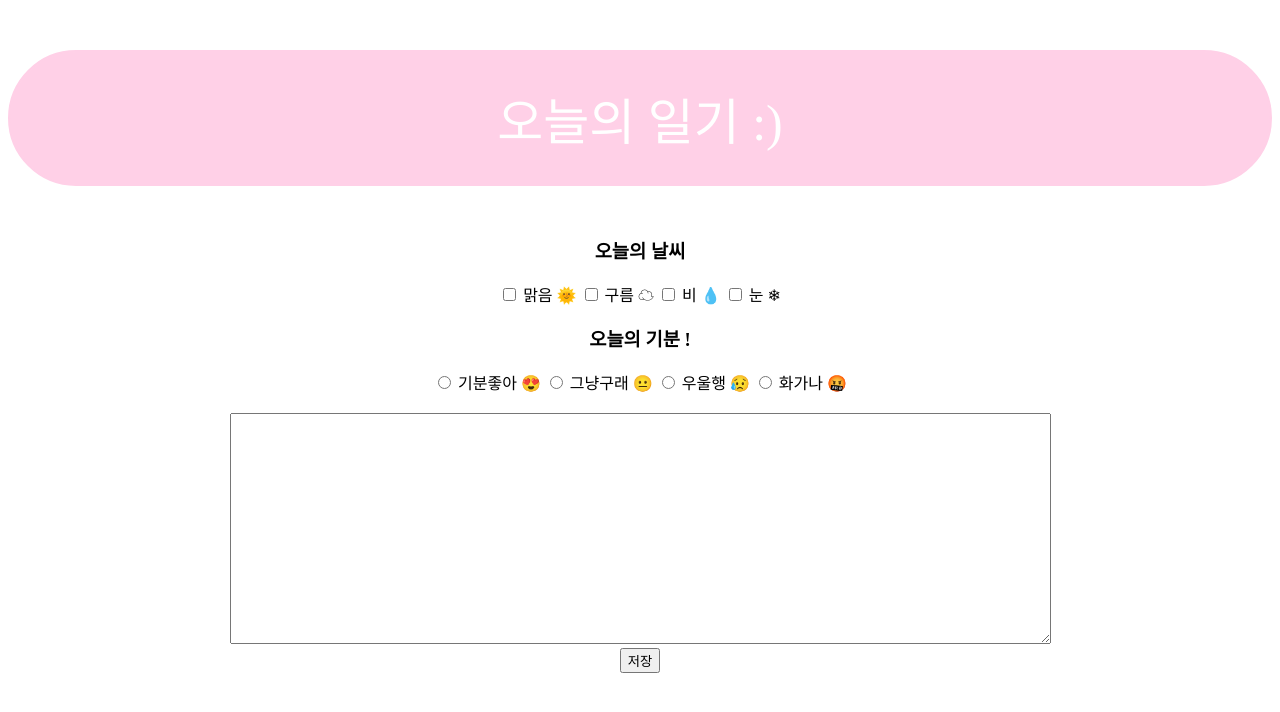
Repository: seoyeon0619/WebProgramming
Page: http://localhost/myhome1/일기쓰기.jsp
The author's editor kept a copy of each file at every save. The page is drawn from the files as they stood at one save, then again after the next save.
The browser window is 1280 px wide. The pictures show the whole page.
Some web fonts or font styles are not loaded; a fallback is used. The page is served by Tomcat 9.

Above is the page before, as saved 2022-12-29 07:41:22.

### workspace1/myhome1/src/main/webapp/일기쓰기.jsp
<%@ page language="java" contentType="text/html; charset=UTF-8"
    pageEncoding="UTF-8"%>
<!DOCTYPE html>
<html>
<head>
<meta charset="UTF-8">
<title>Insert title here</title>
<link rel="preconnect" href="https://fonts.googleapis.com"><link rel="preconnect" href="https://fonts.gstatic.com" crossorigin>
<link href="https://fonts.googleapis.com/css2?family=Gaegu:wght@700&family=Rubik+Bubbles&display=swap" rel="stylesheet">
<style>
p.round3{
	text-align : center;
	font-size : 50px;
	color : #ffffff;
  	border: 2px solid rgb(255, 208, 231);
  	border-radius: 100px;
  	padding : 30px;
  	background-color : rgb(255, 208, 231)
	}

body{
	text-align : center;
}

</style>

</head>
<body>
<style>
        body, h1, h2, h3, h4, h5, h6, p, span {
          font-family: 'Gaegu', cursive;
        }
</style>
<p class="round3">오늘의 일기 :)</p>

<h3>오늘의 날씨</h3>
        <input type="checkbox" name="lan2" id="sel1" value="1">
		<label for="sel1">맑음 🌞</label>
        <input type="checkbox" name="lan2" id="sel2" value="2">
        <label for="sel2">구름 ☁</label>
        <input type="checkbox" name="lan2" id="sel3" value="3">
        <label for="sel3">비 💧</label>
        <input type="checkbox" name="lan2" id="sel4" value="4">
        <label for="sel4">눈 ❄</label>


<h3>오늘의 기분 !</h3>
        <input type="radio" name="lan2" id="sel1" value="1">
		<label for="sel1">기분좋아 😍</label>
        <input type="radio" name="lan2" id="sel2" value="2">
        <label for="sel2">그냥구래 😐</label>
        <input type="radio" name="lan2" id="sel3" value="3">
        <label for="sel3">우울행 😥</label>
        <input type="radio" name="lan2" id="sel4" value="4">
        <label for="sel4">화가나 🤬</label>

<h3></h3>

	<textarea name="" id="" cols="100" rows="15"></textarea><br/>

<button>저장</button>
</body>
</html>

After the next save:
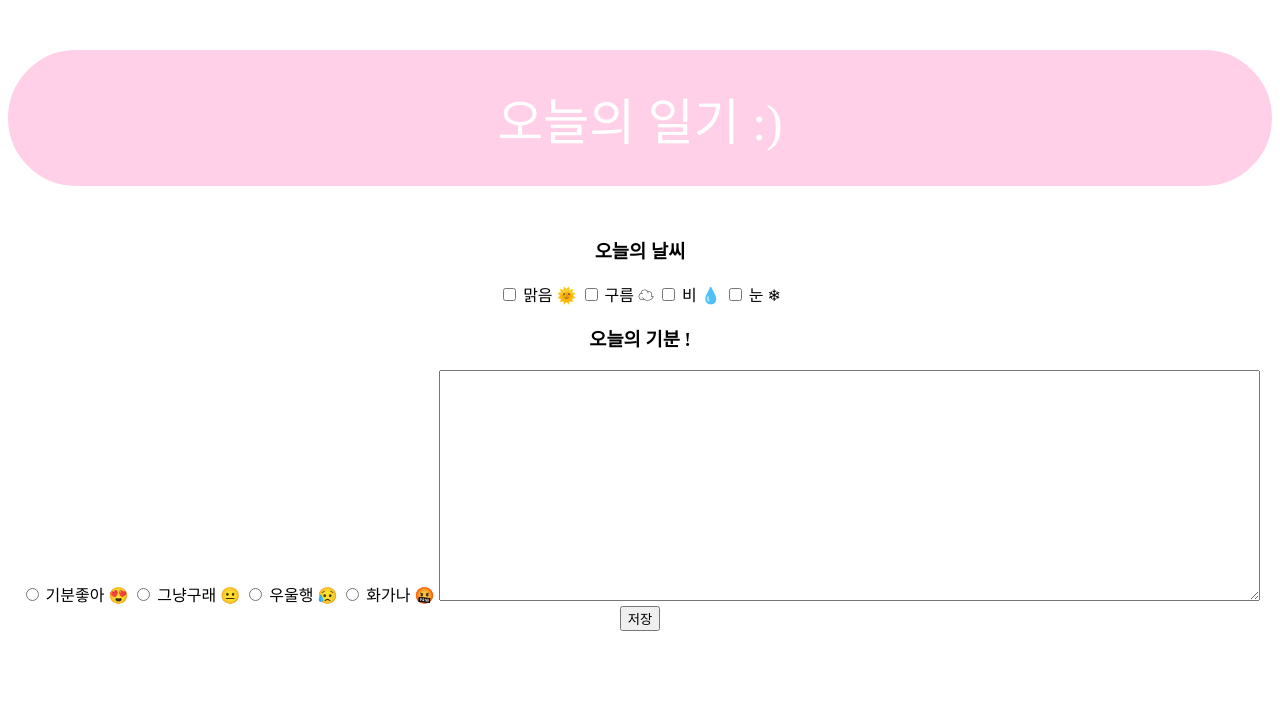
Saved 38 s later.
--- a/workspace1/myhome1/src/main/webapp/일기쓰기.jsp
+++ b/workspace1/myhome1/src/main/webapp/일기쓰기.jsp
@@ -54,7 +54,6 @@
         <input type="radio" name="lan2" id="sel4" value="4">
         <label for="sel4">화가나 🤬</label>
 
-<h3></h3>
 
 	<textarea name="" id="" cols="100" rows="15"></textarea><br/>
 

After the save that followed:
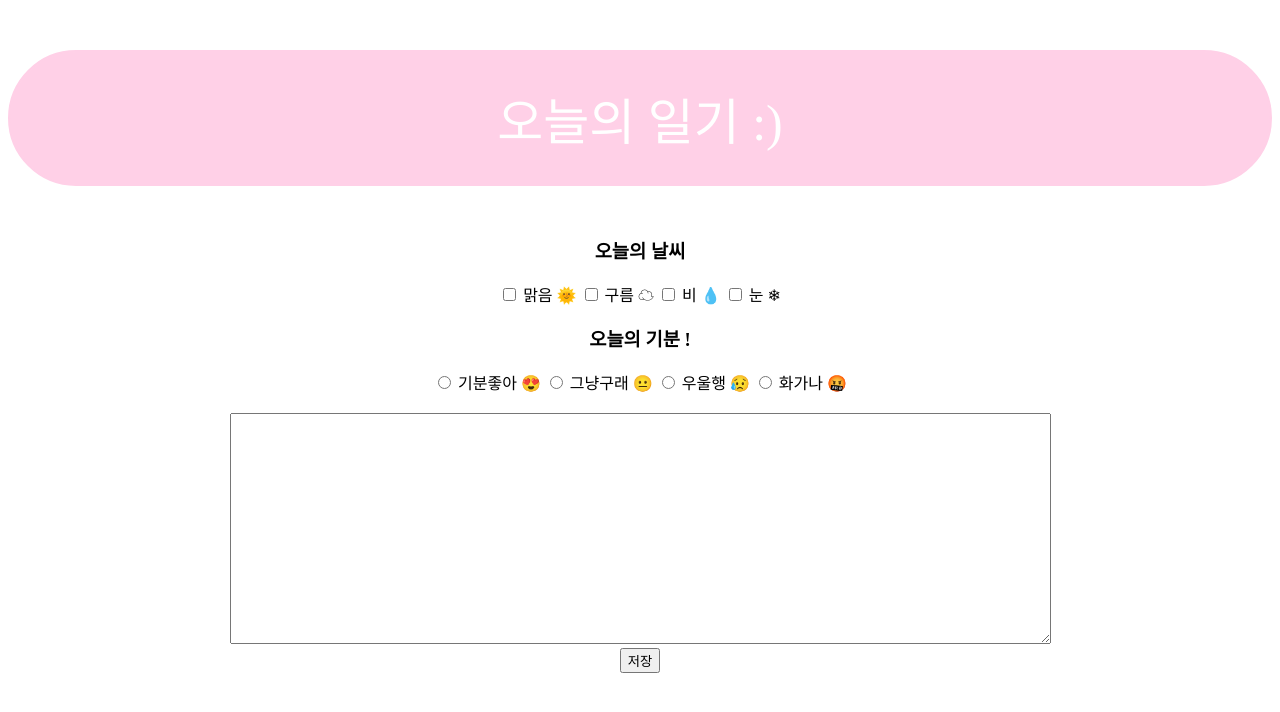
Saved 60 s later.
--- a/workspace1/myhome1/src/main/webapp/일기쓰기.jsp
+++ b/workspace1/myhome1/src/main/webapp/일기쓰기.jsp
@@ -54,6 +54,7 @@
         <input type="radio" name="lan2" id="sel4" value="4">
         <label for="sel4">화가나 🤬</label>
 
+<h3></h3>
 
 	<textarea name="" id="" cols="100" rows="15"></textarea><br/>
 
